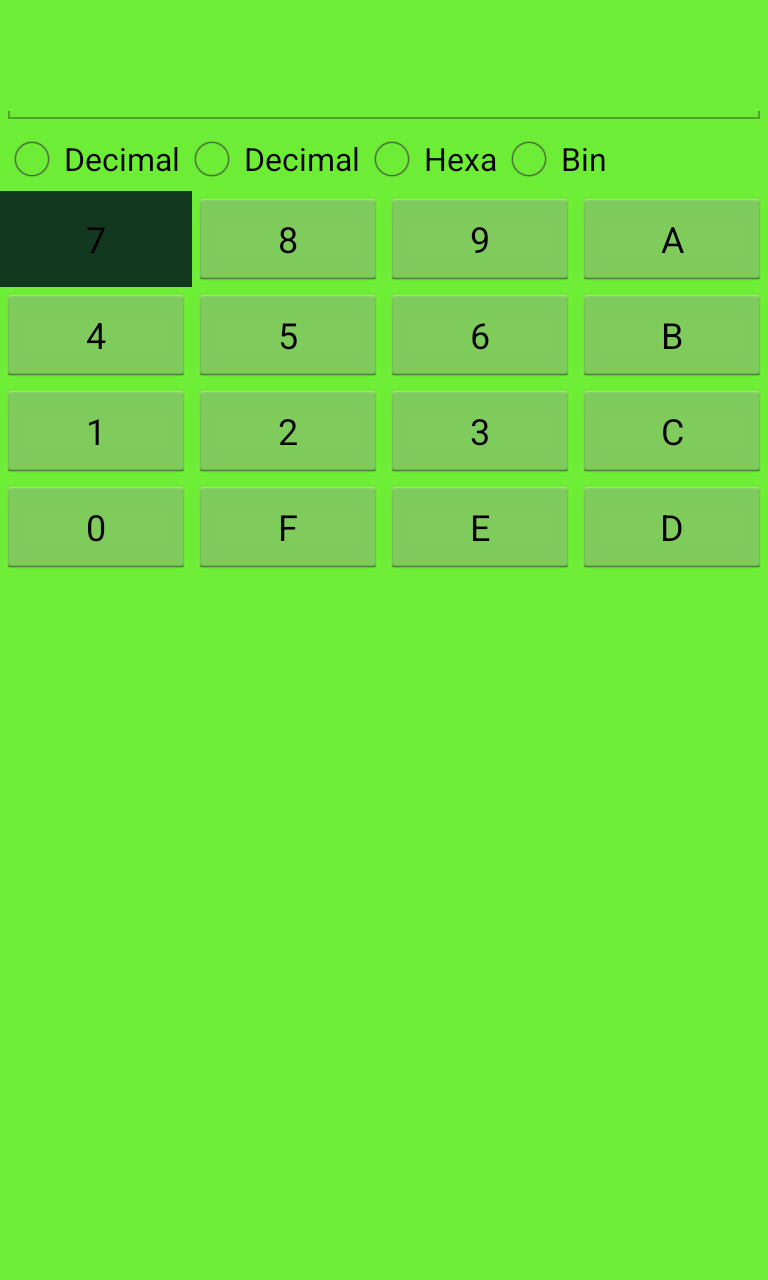
Repository: RamDion/BSIT_Calculator
Layout: CcsCalcu/res/layout/activity_calculator.xml
These files come from the project's save history. The layout is drawn as it stood at one moment and after the next save; the edit follows.
It is drawn on a 768 x 1280 px phone screen (xhdpi) without system bars, with theme AppTheme; the app's code is not run.

Above is the layout before, as saved 2014-09-04 05:24:04.

### CcsCalcu/res/layout/activity_calculator.xml
    <TableLayout
        xmlns:android="http://schemas.android.com/apk/res/android"
    	xmlns:tools="http://schemas.android.com/tools"
        android:layout_width="fill_parent"
        android:layout_height="fill_parent"
        android:background="#6ded35"
        android:layout_alignParentLeft="true"
        android:layout_alignParentTop="true"
        android:layout_alignParentRight="true"
        android:layout_alignParentBottom="true"
    tools:context="com.example.android_calc.MainActivity">

        <TableRow
            android:id="@+id/tableRow1"
            android:layout_width="fill_parent"
            android:layout_height="wrap_content"
             >

            <EditText
                android:id="@+id/calc_screen"
                android:layout_weight="1"
                android:layout_width="0dip"
                android:layout_height="wrap_content"
                android:textSize="36sp"
                android:inputType="none" >

            </EditText>

        </TableRow>

        <TableRow
            android:id="@+id/tableRow10"
            android:layout_width="fill_parent"
            android:layout_height="wrap_content"
             >
<RadioButton
             android:id="@+id/radioButton1"
             android:layout_width="wrap_content"
             android:layout_height="wrap_content"
             android:text="Decimal" />
<RadioButton
             android:id="@+id/radioButton1"
             android:layout_width="wrap_content"
             android:layout_height="wrap_content"
             android:text="Decimal" />
<RadioButton
             android:id="@+id/radioButton2"
             android:layout_width="wrap_content"
             android:layout_height="wrap_content"
             android:text="Hexa" />
<RadioButton
             android:id="@+id/radioButton3"
             android:layout_width="wrap_content"
             android:layout_height="wrap_content"
             android:text="Bin" />

        </TableRow>



        <TableRow
            android:id="@+id/tableRow2"
            android:layout_width="fill_parent"
            android:layout_height="wrap_content" >

            <Button
                android:id="@+id/seven"
                android:background="#123820"
                android:layout_width="0dip"
                android:layout_weight="0.25"
                android:layout_height="wrap_content"
                android:text="@string/seven" />

            <Button
                android:id="@+id/eight"
                android:layout_width="0dip"
                android:layout_weight="0.25"
                android:layout_height="wrap_content"
                android:text="@string/eight" />

            <Button
                android:id="@+id/nine"
                android:layout_width="0dip"
                android:layout_weight="0.25"
                android:layout_height="wrap_content"
                android:text="@string/nine" />

            <Button
                android:id="@+id/a"
                android:layout_width="0dip"
                android:layout_weight="0.25"
                android:layout_height="wrap_content"
                android:text="@string/a" />

        </TableRow>

        <TableRow
            android:id="@+id/tableRow3"
            android:layout_width="fill_parent"
            android:layout_height="wrap_content" >
             <Button
                android:id="@+id/four"
                android:layout_width="0dip"
                android:layout_weight="0.25"
                android:layout_height="wrap_content"
                android:text="@string/four" />

            <Button
                android:id="@+id/five"
                android:layout_width="0dip"
                android:layout_weight="0.25"
                android:layout_height="wrap_content"
                android:text="@string/five" />

            <Button
                android:id="@+id/six"
                android:layout_width="0dip"
                android:layout_weight="0.25"
                android:layout_height="wrap_content"
                android:text="@string/six" />

            <Button
                android:id="@+id/b"
                android:layout_width="0dip"
                android:layout_weight="0.25"
                android:layout_height="wrap_content"
                android:text="@string/b" />


        </TableRow>

        <TableRow
            android:id="@+id/tableRow4"
            android:layout_width="fill_parent"
            android:layout_height="wrap_content" >

            <Button
                android:id="@+id/one"
                android:layout_width="0dip"
                android:layout_weight="0.25"
                android:layout_height="wrap_content"
                android:text="@string/one" />

            <Button
                android:id="@+id/two"
                android:layout_width="0dip"
                android:layout_weight="0.25"
                android:layout_height="wrap_content"
                android:text="@string/two" />

            <Button
                android:id="@+id/three"
                android:layout_width="0dip"
                android:layout_weight="0.25"
                android:layout_height="wrap_content"
                android:text="@string/three" />

            <Button
                android:id="@+id/c"
                android:layout_width="0dip"
                android:layout_weight="0.25"
                android:layout_height="wrap_content"
                android:text="@string/c" />
        </TableRow>

         <TableRow
            android:id="@+id/tableRow5"
            android:layout_width="fill_parent"
            android:layout_height="wrap_content" >

            <Button
                android:id="@+id/zero"
                android:layout_width="0dip"
                android:layout_weight="0.25"
                android:layout_height="wrap_content"
                android:text="@string/zero" />

            <Button
                android:id="@+id/f"
                android:layout_width="0dip"
                android:layout_weight="0.25"
                android:layout_height="wrap_content"
                android:text="@string/f" />

            <Button
                android:id="@+id/e"
                android:layout_width="0dip"
                android:layout_weight="0.25"
                android:layout_height="wrap_content"
                android:text="@string/e" />

            <Button
                android:id="@+id/d"
                android:layout_width="0dip"
                android:layout_weight="0.25"
                android:layout_height="wrap_content"
                android:text="@string/d" />
        </TableRow>



    </TableLayout>

### CcsCalcu/res/values/strings.xml
<?xml version="1.0" encoding="utf-8"?>
<resources>

    <string name="app_name">CcsCalcu</string>
    <string name="action_settings">Settings</string>
    <string name="hello_world">BSIT</string>
    <string name="calcu">Calculator</string>
    <string name="title_activity_calculator">Calculator</string>
    <string name="clr">CLEAR</string>
    <string name="zero">0</string>
    <string name="one">1</string>
    <string name="two">2</string>
    <string name="three">3</string>
    <string name="four">4</string>
    <string name="five">5</string>
    <string name="six">6</string>
    <string name="seven">7</string>
    <string name="eight">8</string>
    <string name="nine">9</string>
    <string name="a">A</string>
    <string name="b">B</string>
    <string name="c">C</string>
    <string name="d">D</string>
    <string name="e">E</string>
    <string name="f">F</string>
    <string name="binary">Binary</string>
    <string name="octal">Octal</string>
    <string name="decimal">Decimal</string>
    <string name="hexa">Hexadecimal</string>
    <string name="title_activity_egapos">EGapos</string>

</resources>

Loaded but not shown: CcsCalcu/res/values/styles.xml (common file); CcsCalcu/res/values-v11/styles.xml (common file); CcsCalcu/res/values-v14/styles.xml (common file)

After the next save:
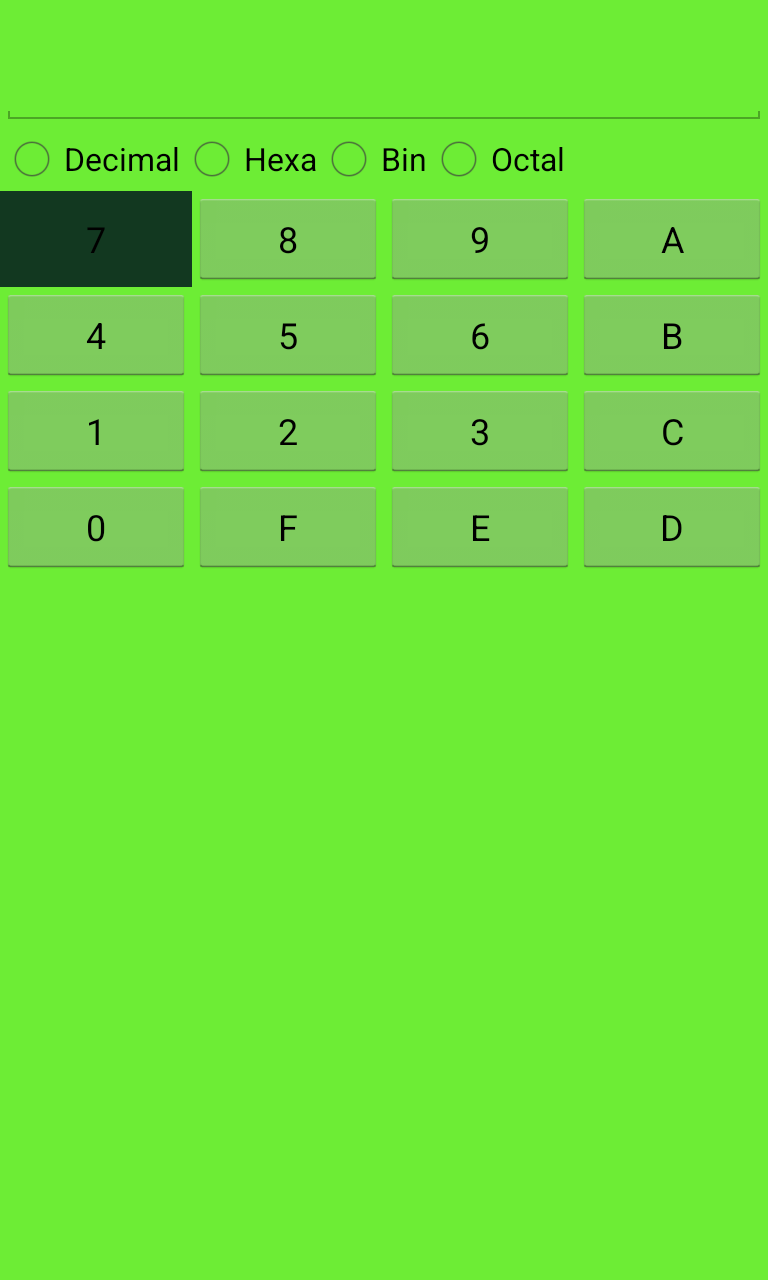
Saved 29 s later.
--- a/CcsCalcu/res/layout/activity_calculator.xml
+++ b/CcsCalcu/res/layout/activity_calculator.xml
@@ -38,11 +38,7 @@
              android:layout_width="wrap_content"
              android:layout_height="wrap_content"
              android:text="Decimal" />
-<RadioButton
-             android:id="@+id/radioButton1"
-             android:layout_width="wrap_content"
-             android:layout_height="wrap_content"
-             android:text="Decimal" />
+
 <RadioButton
              android:id="@+id/radioButton2"
              android:layout_width="wrap_content"
@@ -53,6 +49,11 @@
              android:layout_width="wrap_content"
              android:layout_height="wrap_content"
              android:text="Bin" />
+<RadioButton
+             android:id="@+id/radioButton4"
+             android:layout_width="wrap_content"
+             android:layout_height="wrap_content"
+             android:text="Octal" />
 
         </TableRow>
 
